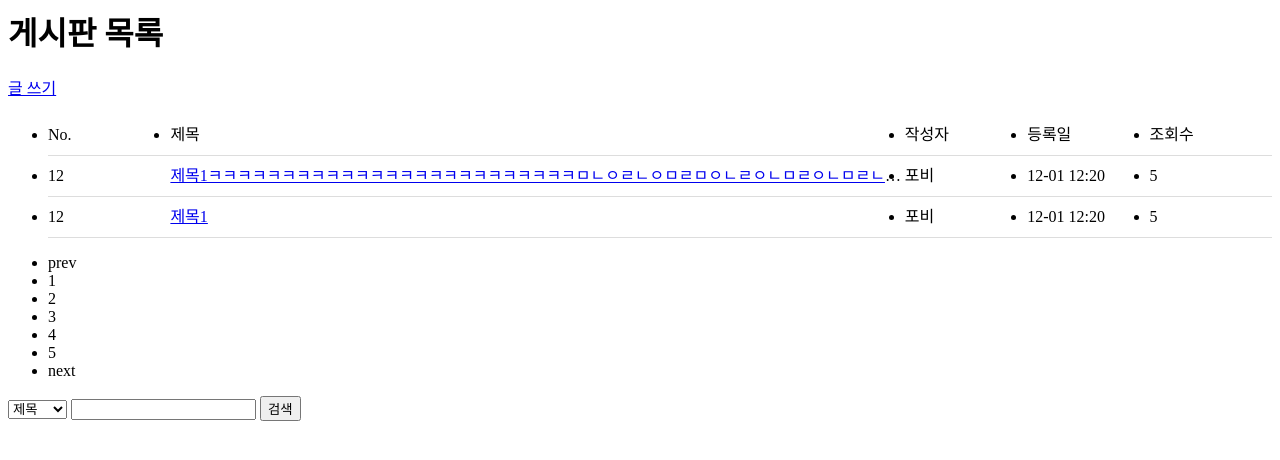
Repository: smg1024/StudySpring
Page: http://localhost/webSpringTest/WEB-INF/views/board/boardList.jsp
These files come from the project's save history. The page is drawn as it stood at one moment and after the next save; the edit follows.
The browser window is 1280 px wide. The pictures show the whole page.
The page is served by Tomcat 9. Nobody is signed in. Other server files are loaded and not shown. The template is opened directly, without the code that normally fills it, so the values that code supplies are empty.

Above is the page before, as saved 2022-12-14 01:42:07.

### webSpringTest/src/main/webapp/WEB-INF/views/board/boardList.jsp
<%@ page language="java" contentType="text/html; charset=UTF-8"
    pageEncoding="UTF-8"%>
<%@ taglib uri="http://java.sun.com/jsp/jstl/core" prefix="c" %>
<link rel="stylesheet" href="/myapp/js_css/board.css" type="text/css">
<title>게시판 목록</title>
<div class="container">
	<h1>게시판 목록</h1>
	<div>
		<a href="/myapp/board/boardPost">글 쓰기</a>
	</div>
	<ul class="boardList">
		<li>No.</li>
		<li>제목</li>
		<li>작성자</li>
		<li>등록일</li>
		<li>조회수</li>

		<li>12</li>
		<li class="word-cut"><a href="/myapp/board/boardView?postno=#">제목1ㅋㅋㅋㅋㅋㅋㅋㅋㅋㅋㅋㅋㅋㅋㅋㅋㅋㅋㅋㅋㅋㅋㅋㅋㅋㅁㄴㅇㄹㄴㅇㅁㄹㅁㅇㄴㄹㅇㄴㅁㄹㅇㄴㅁㄹㄴㅇㅁㄴㅇㄹㅁㄹㄴㅇㅁㄹㄴㅇㅁㄴㅇㄹㅁㄴㅇㄹㅁㄴㅇㄹㅁㄹㅇ</a></li>
		<li>포비</li>
		<li>12-01 12:20</li>
		<li>5</li>

		<li>12</li>
		<li class="word-cut"><a href="/myapp/board/boardView?postno=#">제목1</a></li>
		<li>포비</li>
		<li>12-01 12:20</li>
		<li>5</li>
	</ul>
	<!-- 페이지 처리 -->
	<div class="pages">
		<ul>
			<li>prev</li>
			<li>1</li>
			<li>2</li>
			<li>3</li>
			<li>4</li>
			<li>5</li>
			<li>next</li>
		</ul>
	</div>
	<!-- 검색 기능 -->
	<div class="search">
		<form action="/myapp/board/boardList">
			<select name="searchKey">
				<option>제목</option>
				<option>내용</option>
				<option>작성자</option>
			</select>
			<input type="text" name="searchValue" id="searchValue">
			<input type="submit" value="검색">
		</form>
	</div>
</div>

### webSpringTest/src/main/webapp/js_css/board.css
@charset "UTF-8";
/* 말 줄임 : 칸 넘어가면 ... */
.word-cut{
	white-space:nowrap;
	overflow:hidden;
	text-overflow:ellipsis;
}

.boardList, .pagesDiv>ul{
	overflow:auto;
}

/* 게시판 목록 */
.boardList>li{
	float:left;
	height:40px;
	line-height:40px;
	width:10%;
	border-bottom:1px solid #ddd;
}
.boardList>li:nth-child(5n+2) {
	width:60%;
}

/* 페이징 */
.pagesDiv>ul>li{
	float:left;
	padding:5px 10px;
}

/* 검색 */
.searchDiv{
	padding:20px 0px;
	text-align:center;
}

After the next save:
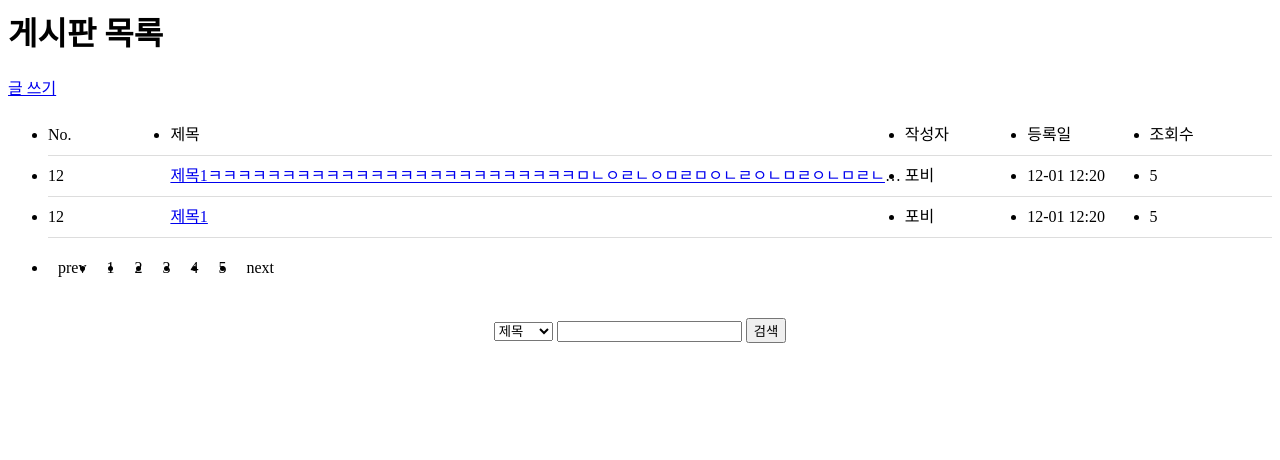
Saved 1 s later.
--- a/webSpringTest/src/main/webapp/WEB-INF/views/board/boardList.jsp
+++ b/webSpringTest/src/main/webapp/WEB-INF/views/board/boardList.jsp
@@ -28,7 +28,7 @@
 		<li>5</li>
 	</ul>
 	<!-- 페이지 처리 -->
-	<div class="pages">
+	<div class="pagesDiv">
 		<ul>
 			<li>prev</li>
 			<li>1</li>
@@ -40,7 +40,7 @@
 		</ul>
 	</div>
 	<!-- 검색 기능 -->
-	<div class="search">
+	<div class="searchDiv">
 		<form action="/myapp/board/boardList">
 			<select name="searchKey">
 				<option>제목</option>
